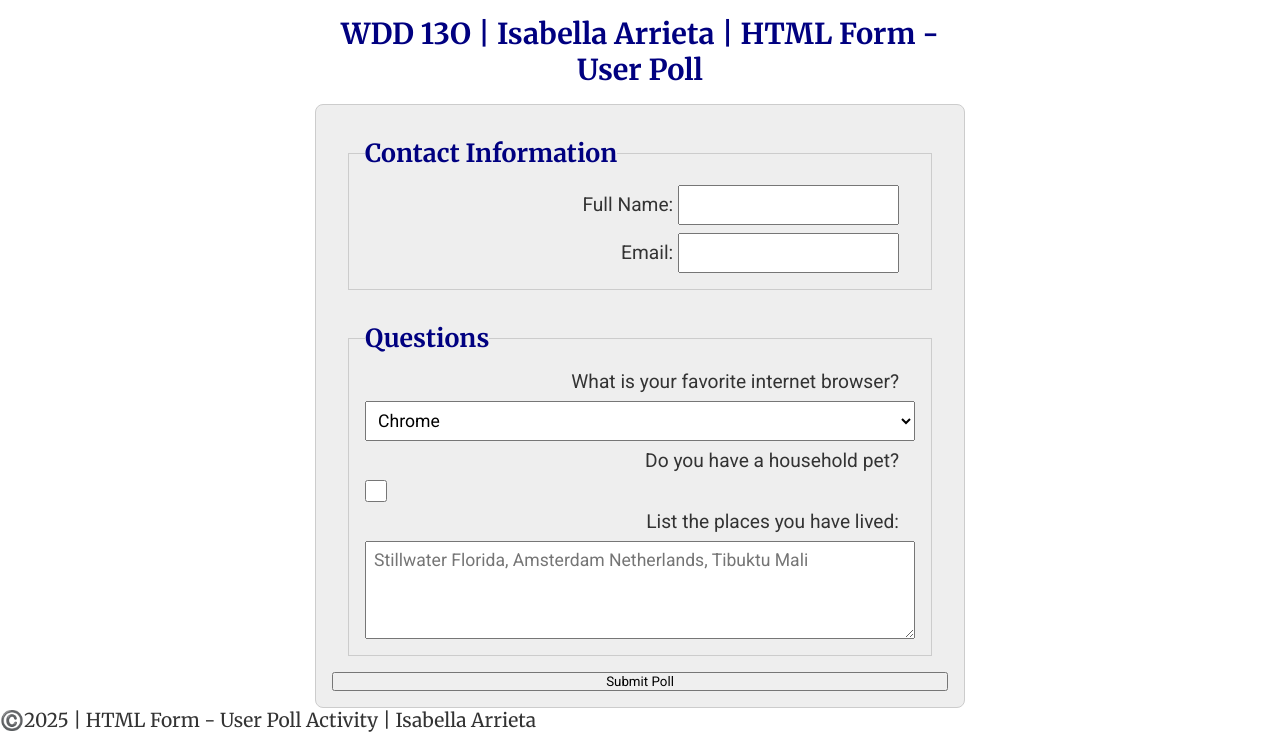
Repository: isaAJ05/wdd130
Page: week05/poll-form.html
The author's editor kept a copy of each file at every save. The page is drawn from the files as they stood at one save, then again after a run of saves.
The browser window is 1280 px wide. The pictures show the whole page.

Above is the page before, as saved 2025-06-14 18:43:59.

### week05/poll-form.html
<!DOCTYPE html>
<html lang="en-us">
<head>
    <meta charset="UTF-8">
    <meta name="viewport" content="width=device-width, initial-scale=1.0">
    <title>WDD 130 | HTML Form - User Poll</title>
    <meta name="description" content="Poll form">
    <meta name="author" content="Isabella Arrieta">
    <link rel="stylesheet" href="styles/poll-form.css">
    <link rel="preconnect" href="https://fonts.googleapis.com">
    <link rel="preconnect" href="https://fonts.gstatic.com" crossorigin>
    <link href="https://fonts.googleapis.com/css2?family=Merriweather:wght@400;700&family=Roboto:wght@400;700&display=swap" rel="stylesheet">
</head>
<body>
    <header>
        <h1>WDD 13O | Isabella Arrieta | HTML Form - User Poll</h1>
    </header>
    <main>
        <form>
            <fieldset>
                <legend>Contact Information</legend>
                <label>Full Name: <input type="text" name="fullname"></label>
                <label>Email: <input type="email" id="useremail" name="useremail"></label>
            </fieldset>
            <fieldset>
                <legend>Questions</legend>
                <label for="browser">What is your favorite internet browser?</label>
                <select id="browser" name="browser">
                    <option value="chrome">Chrome</option>
                    <option value="firefox">Firefox</option>
                    <option value="safari">Safari</option>
                    <option value="edge">Edge</option>
                    <option value="brave">Brave</option>
                    <option value="other">Other</option>
                </select>
                <label for="pet">Do you have a household pet?</label>
                <input type="checkbox" id="pet" name="pet">
                <label for="feedback">List the places you have lived:</label>
                <textarea id="feedback" name="feedback" rows="4" placeholder="Stillwater Florida, Amsterdam Netherlands, Tibuktu Mali"></textarea>
            </fieldset>
            <button type="submit">Submit Poll</button>
        </form>
    </main>
    <footer>
        <p>©️2025 | HTML Form - User Poll Activity | Isabella Arrieta</p>

    </footer>
</body>
</html>

### week05/styles/poll-form.css
* {
    margin: 0;
    padding: 0;
    box-sizing: border-box;
}
body {
    font-family: Merriweather, Georgia, serif;
    font-size: 1.2em;
    color: #333;
    background: #fff;
}
header{
    margin: 0 auto;
    width: 650px;
}
h1{
    margin: 1rem;
    font-size: 1.5em;
    color: navy;
    text-align: center;
}
form {
    margin: 0 auto;
    width: 650px;
    padding: 1rem;
    border: 1px solid #ccc;
    border-radius: 0.5rem;
    background-color: #eee;
    display: grid;
}
fieldset {
    display: grid;
    grid-gap: .5rem;
    margin: 1rem;
    border: 1px solid #ccc;
    padding: 1rem;
}
legend {
    font-weight: bold;
    color: navy;
    font-size: 1.3em;
}
label, input, button, select, textarea {
    font-family: Roboto, Arial, sans-serif;
}
label {
    text-align: right;
    padding-right: 1rem;
}
input, select, textarea {
    padding: 0.5rem;
    font-size: 1.1rem;
}
input[type="checkbox"] {
    width: 22px;
    height: 22px;
    vertical-align: bottom;;
}
button

After the next 2 saves:
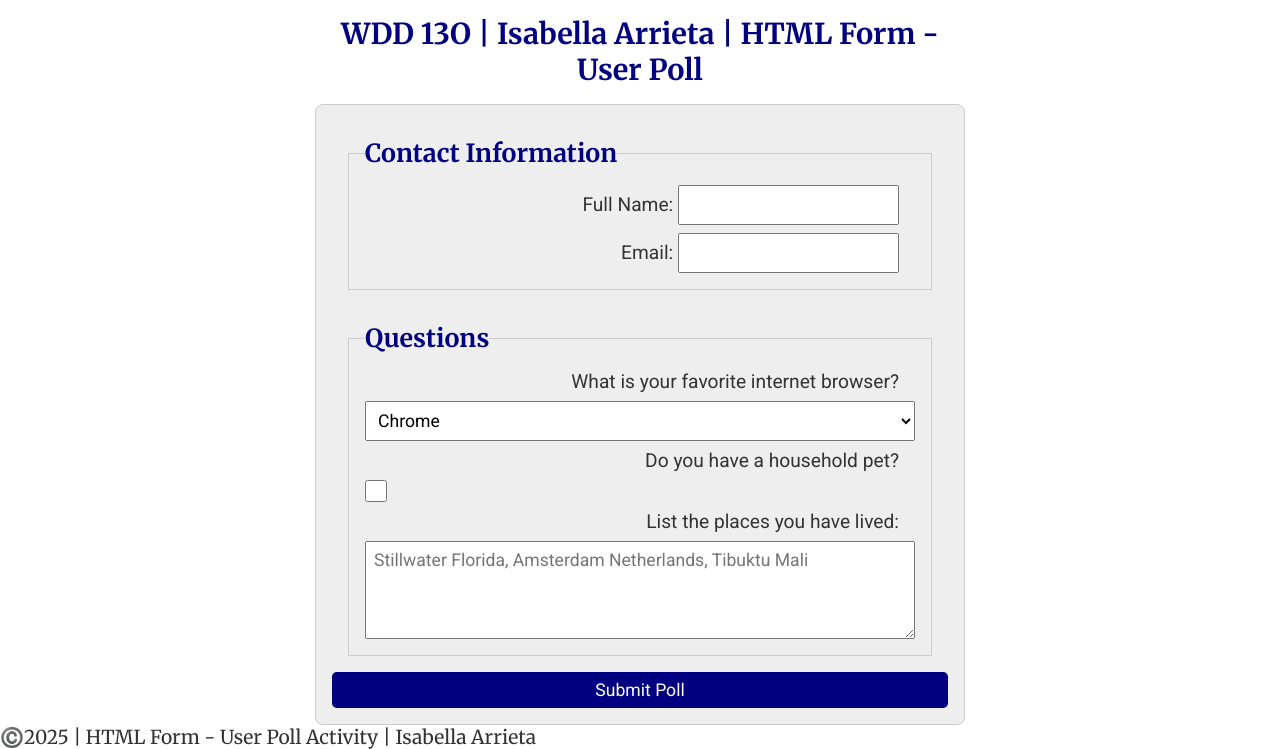
The 2 saves are shown as one change because they came seconds apart.
The last was saved 8 s later.
--- a/week05/styles/poll-form.css
+++ b/week05/styles/poll-form.css
@@ -56,4 +56,13 @@ input[type="checkbox"] {
     height: 22px;
     vertical-align: bottom;;
 }
-button
+button{
+    width: 100%;
+    padding: 0.5rem;
+    font-size: 1.1rem;
+    background-color: navy;
+    color: white;
+    border: none;
+    border-radius: 0.3rem;
+    cursor: pointer;
+}
